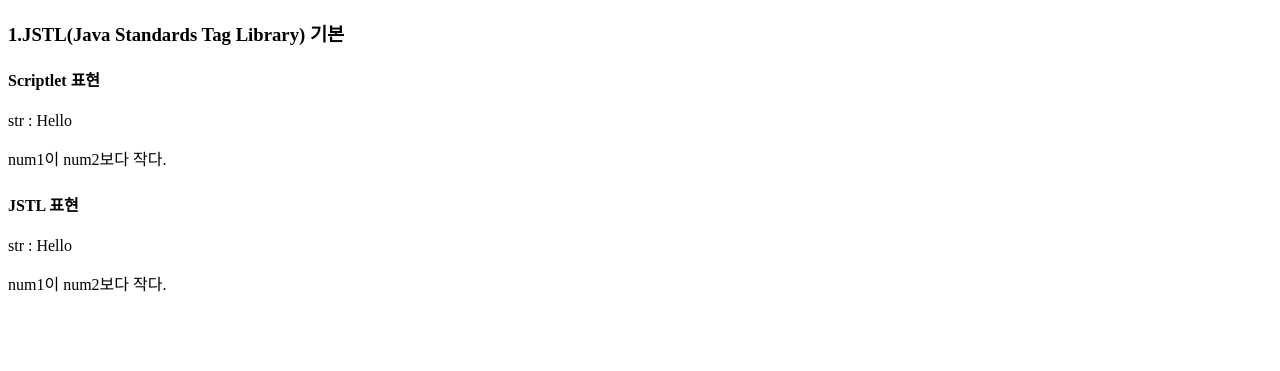
Repository: donghobu/JSP
Page: http://localhost/Ch12/12-1.jsp
These files come from the project's save history. The page is drawn as it stood at one moment and after the next save; the edit follows.
The browser window is 1280 px wide. The pictures show the whole page.
The page is served by Tomcat 9.

Above is the page before, as saved 2020-07-13 02:26:39.

After the next save:
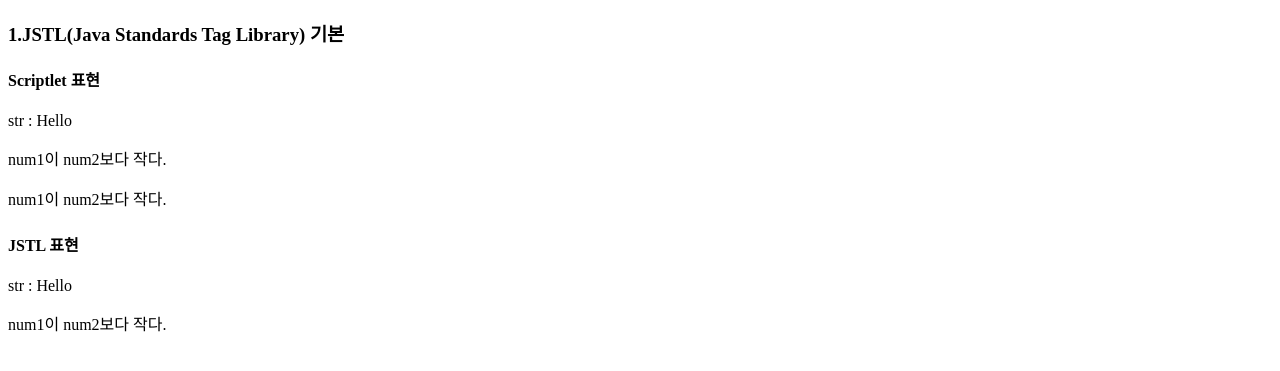
Saved 3 min 17 s later.
--- a/Ch12/WebContent/12-1.jsp
+++ b/Ch12/WebContent/12-1.jsp
@@ -21,6 +21,12 @@
 		if(num1 < num2){
 			out.println("<p>num1이 num2보다 작다.</p>");
 		}
+
+		if(num1 > num2){
+			out.println("<p>num1이 num2보다 크다.</p>");
+		}else{
+			out.println("<p>num1이 num2보다 작다.</p>");
+		}
 	%>
 
 	<h4>JSTL 표현</h4>
